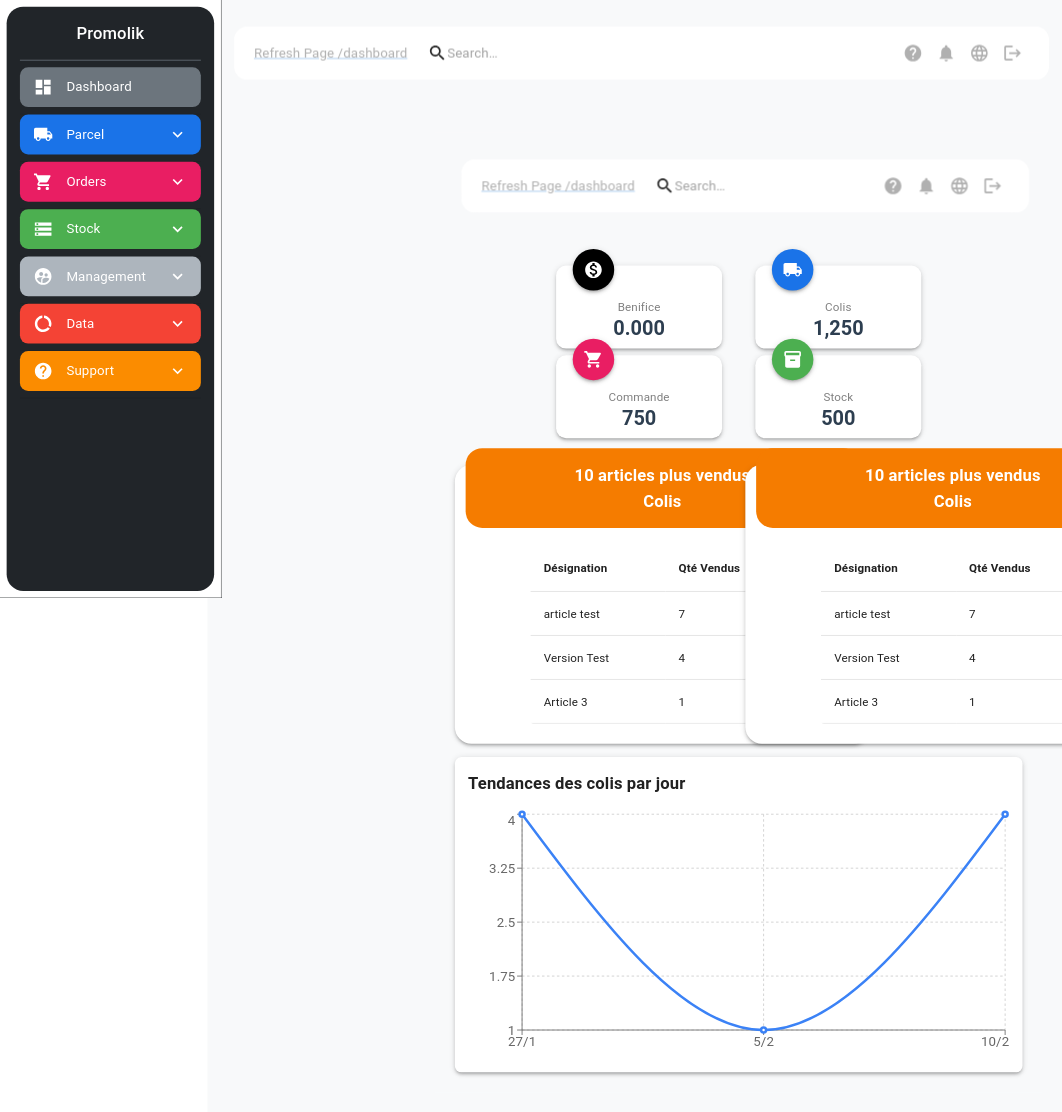
Repository: yosrjdly/stk
Page: /dashboard (app in dashboard/)
These files come from the project's save history. The page is drawn as it stood at one moment and after a run of saves; the edit follows.
The browser window is 1280 px wide. The pictures show the whole page, at 83% of full size.
The project was rebuilt for these pictures with package versions that can differ from the ones it lists, and the page was loaded fresh each time. The framework's server and built-in components were replaced by stand-ins that run in the browser. Also part of the build but not shown: dashboard/next.config.ts.

Above is the page before, as saved 2025-02-16 17:06:39.

After the next 6 saves:
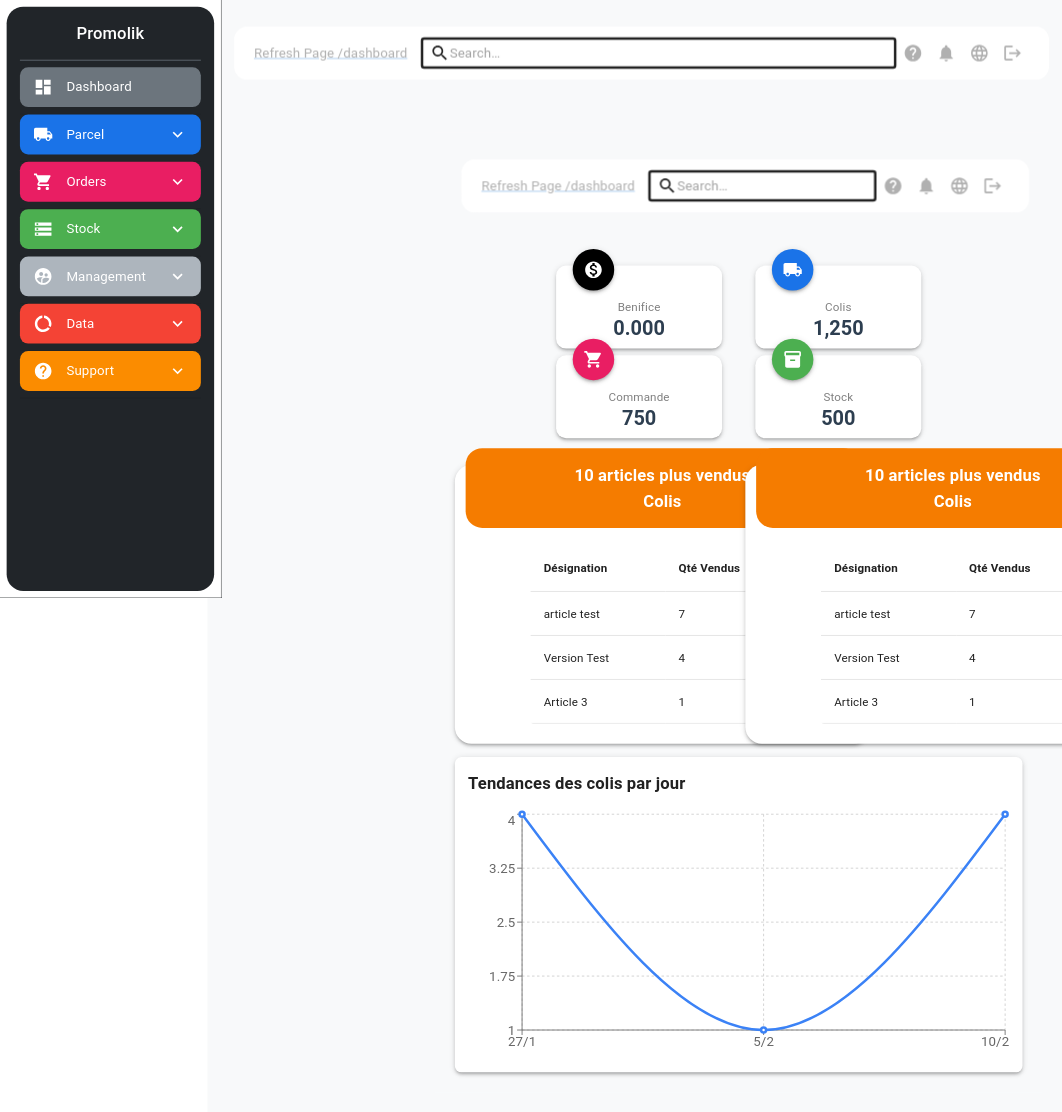
The 6 saves are shown as one change because 1 did not build or start and some came seconds apart.
The last was saved 24 s later.
--- a/dashboard/src/componenets/navbar/Navbar.tsx
+++ b/dashboard/src/componenets/navbar/Navbar.tsx
@@ -63,7 +63,7 @@
         <InputBase
           placeholder="Search…"
           startAdornment={<SearchIcon />}
-          sx={{ flexGrow: 1, borderRadius: '4px', paddingLeft: '8px' }}
+          sx={{ flexGrow: 1,border:'solid', borderRadius: '4px', paddingLeft: '8px' }}
         />
 
         {/* Help Icon */}

After the save that followed:
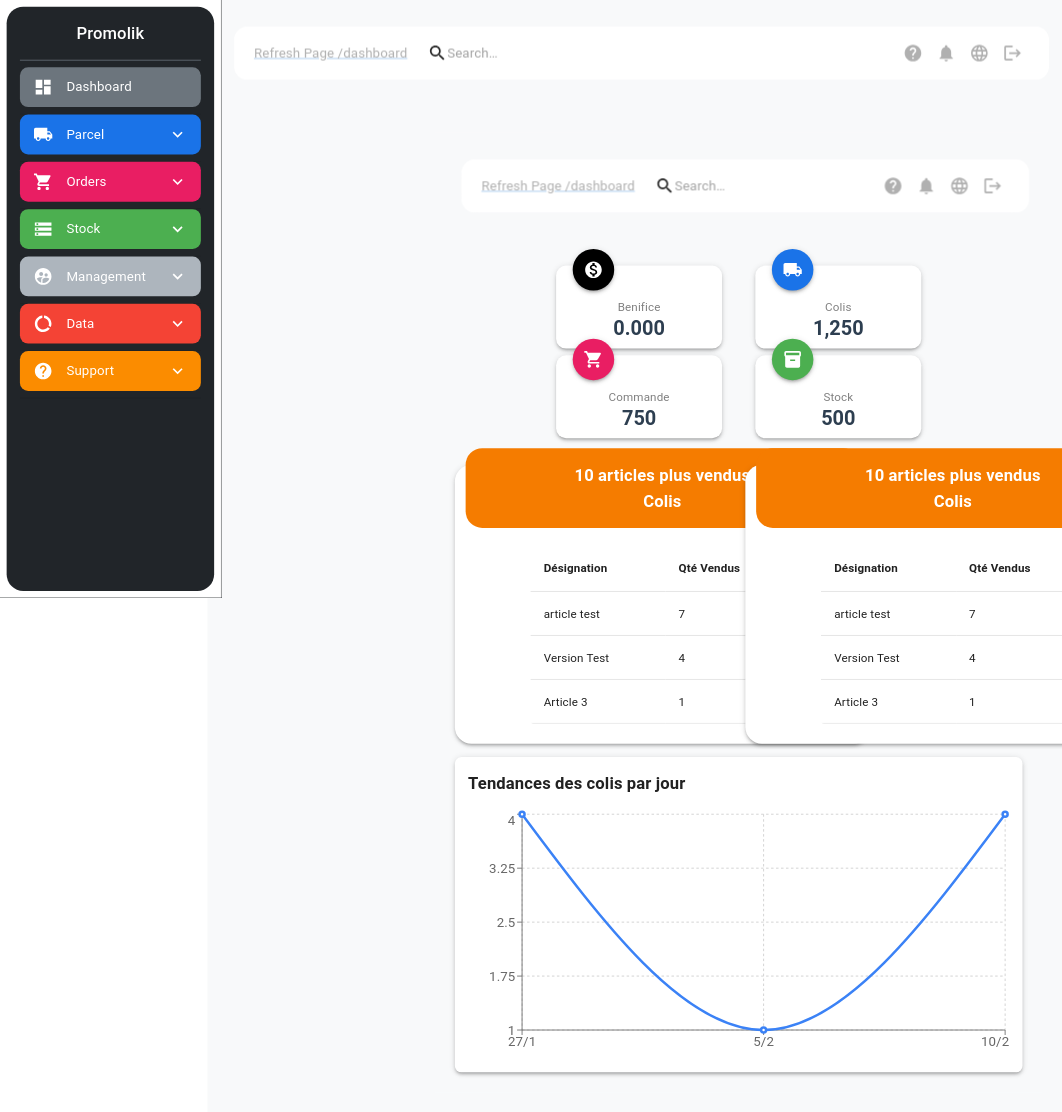
Saved 13 s later.
--- a/dashboard/src/componenets/navbar/Navbar.tsx
+++ b/dashboard/src/componenets/navbar/Navbar.tsx
@@ -63,7 +63,7 @@
         <InputBase
           placeholder="Search…"
           startAdornment={<SearchIcon />}
-          sx={{ flexGrow: 1,border:'solid', borderRadius: '4px', paddingLeft: '8px' }}
+          sx={{ flexGrow: 1,border:'solid 0.5', borderRadius: '4px', paddingLeft: '8px' }}
         />
 
         {/* Help Icon */}
